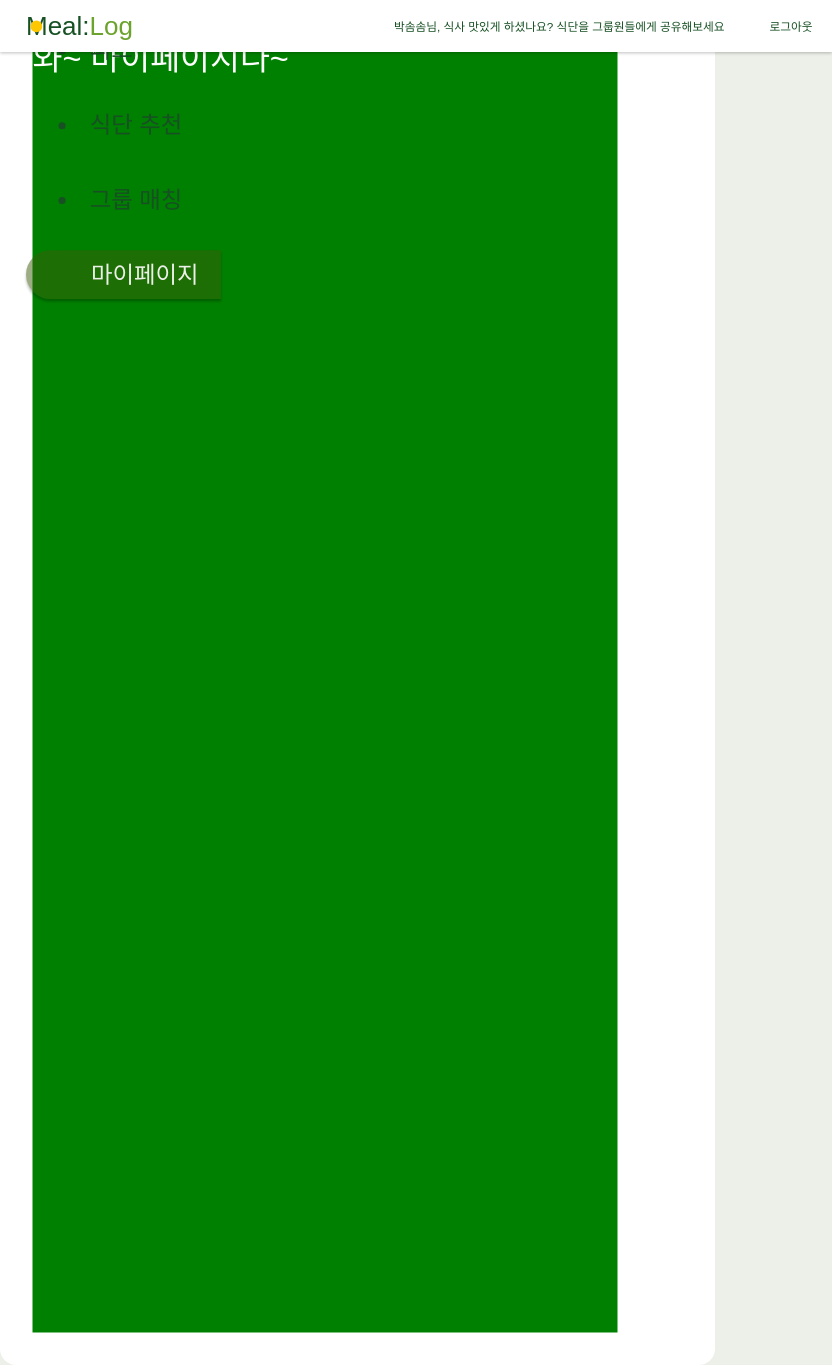
Repository: mealLog-databaseProgramming/MealLog
Page: http://localhost/meal-log/
The author's editor kept a copy of each file at every save. The page is drawn from the files as they stood at one save, then again after the next save.
The browser window is 1280 px wide. The pictures show the whole page, at 65% of full size.
Some icons come from a web library that is not loaded, so they are not drawn. Some web fonts or font styles are not loaded; a fallback is used. The page is served by Tomcat 9.

Above is the page before, as saved 2022-09-29 16:31:07.

### meal-log/src/main/webapp/index.jsp
<%@ page language="java" contentType="text/html; charset=UTF-8"
    pageEncoding="UTF-8"%>
<!DOCTYPE html>
<html>
<head>
<meta charset="UTF-8">
<title>meal:log</title>
<link rel="stylesheet" href="resources/css/index.css"/>
	<script src="https://code.iconify.design/iconify-icon/1.0.0/iconify-icon.min.js"></script>
	<link rel="apple-touch-icon" sizes="57x57" href="resources/favicon/apple-icon-57x57.png">
	<link rel="apple-touch-icon" sizes="60x60" href="resources/favicon//apple-icon-60x60.png">
	<link rel="apple-touch-icon" sizes="72x72" href="resources/favicon//apple-icon-72x72.png">
	<link rel="apple-touch-icon" sizes="76x76" href="resources/favicon//apple-icon-76x76.png">
	<link rel="apple-touch-icon" sizes="114x114" href="resources/favicon//apple-icon-114x114.png">
	<link rel="apple-touch-icon" sizes="120x120" href="resources/favicon//apple-icon-120x120.png">
	<link rel="apple-touch-icon" sizes="144x144" href="resources/favicon//apple-icon-144x144.png">
	<link rel="apple-touch-icon" sizes="152x152" href="resources/favicon//apple-icon-152x152.png">
	<link rel="apple-touch-icon" sizes="180x180" href="resources/favicon//apple-icon-180x180.png">
	<link rel="icon" type="image/png" sizes="192x192"  href="resources/favicon//android-icon-192x192.png">
	<link rel="icon" type="image/png" sizes="32x32" href="resources/favicon//favicon-32x32.png">
	<link rel="icon" type="image/png" sizes="96x96" href="resources/favicon//favicon-96x96.png">
	<link rel="icon" type="image/png" sizes="16x16" href="resources/favicon//favicon-16x16.png">
	<link rel="manifest" href="resources/favicon//manifest.json">
	<meta name="msapplication-TileColor" content="#ffffff">
	<meta name="msapplication-TileImage" content="resources/favicon//ms-icon-144x144.png">
	<meta name="theme-color" content="#ffffff">
</head>
<body>
	<div class='Header'>
		<div class='title'>
			<div class='yolk'></div>
			<iconify-icon icon="fluent:food-egg-24-regular"></iconify-icon>
			Meal:<span>Log</span>
		</div>
		<div class='greet'>
			<iconify-icon icon="healthicons:ui-user-profile"></iconify-icon>
			박솜솜님, 식사 맛있게 하셨나요? 식단을 그룹원들에게 공유해보세요
			<div class='logout'>
				<iconify-icon icon="icon-park:logout"></iconify-icon>
				로그아웃
			</div>
		</div>

	</div>
	<div class='Nav'>
		<ul>
			<li>피드</li>
			<li>식단 추천</li>
			<li>그룹 매칭</li>
			<li><span>마이페이지</span></li>
		</ul>
	</div>
	<div class='Content'>
		<jsp:include page="/WEB-INF/mypage/mypage.jsp"/> <!-- 알갱이 만든걸 여기 경로 넣어서 적용 -->
	</div>
</body>
</html>

### meal-log/src/main/webapp/WEB-INF/mypage/mypage.jsp
<%@ page language="java" contentType="text/html; charset=UTF-8"
    pageEncoding="UTF-8"%>

<style>
	.wrap {
		width: 900px;  /* 고정 */

		/* 디버그 */
		height: 2000px;
		background: green;

		color: white; font-size: 50px;
	}
</style>

<div class="wrap">
	와~ 마이페이지다~
</div>

### meal-log/src/main/webapp/resources/css/index.css
@charset "UTF-8";
@import url('https://fonts.googleapis.com/css2?family=Jua&family=Nanum+Gothic:wght@400;700;800&display=swap');

* {
	font-family: 'Nanum Gothic', sans-serif;
	font-weight: 400;

	padding: 0;
	margin: 0;
}
body {
	-webkit-user-select:none;
	-moz-user-select:none;
	-ms-user-select:none;
	user-select:none;

	overflow-x: hidden;

	background: #ECF0E8;
}

.Header {
	width: 100vw; height: 80px;

	background: #FFFFFF;
	box-shadow: 0px 2px 5px rgba(0, 0, 0, 0.25);

	font-size: 18px;
	color: #175023;

	display: flex;
	align-items: center;
	justify-content: space-between;

	z-index: 10;

	position: fixed;
}
.Header>div, .Header .logout {
	display: flex;
	align-items: center;
}
.Header>div:first-child{ margin-left: 30px; }
.Header>div:last-child{ margin-right: 30px; }

.Header iconify-icon {
	margin-right: 10px;
}

.Header .title, .Header .title span {
	font-family: 'Jua', sans-serif;
	font-size: 40px;
	color: #175023;
}
.Header .title span {
	color: #6BA32D;
}
.Header .title iconify-icon {
	font-size: 50px;
	z-index: 2;
}
.Header .title .yolk{
	width: 18px; height:18px;

	background: #FFC700;
	border-radius: 50%;

	position: absolute;
	transform: translate(17px, 0.7px);
}


.Header .greet {
	margin-right: 5vw;
}
.Header .greet iconify-icon {
	font-size: 40px;
}
.Header .logout {
	margin-left: 5vw;
}
.Header .logout iconify-icon {
	font-size: 25px;
	margin-right: 5px;
}
.Header .logout:hover {
	font-weight: 700;
}

@media screen and (max-width: 1000px) {
	.Header .greet {
		color: #FFFFFF;
		font-size: 0px;
	}
	.Header .logout {
		color: #175023;
		font-size: 18px;
	}
	.Header > div {
		margin-left: 3vw; margin-right: 5vw;
	}
}


.Nav {
	list-style: inside;

	font-size: 36px;
	color: #175023;

	position: fixed;
}
 .Nav li span {
 	font-family: 'Jua', sans-serif;
 }
.Nav li{
	font-family: 'Jua', sans-serif;
	padding-left: 50px;
	line-height: 75px;

	margin: 40px;
	margin-right: 0px;
}

.Nav li:last-child {
	list-style: none;
	padding-left: 100px;

	color: #ECF0E8;

	background: rgba(59, 92, 10, 0.5);
	box-shadow: 0px 4px 4px 0px #00000040;
	width: 200px; height: 75px;

	border-top-left-radius: 50px;
	border-bottom-left-radius: 50px;
}

.Content {
	width: 1000px;
	padding: 50px;

	background: #FFFFFF;
	border-radius: 25px;
}

After the next save:
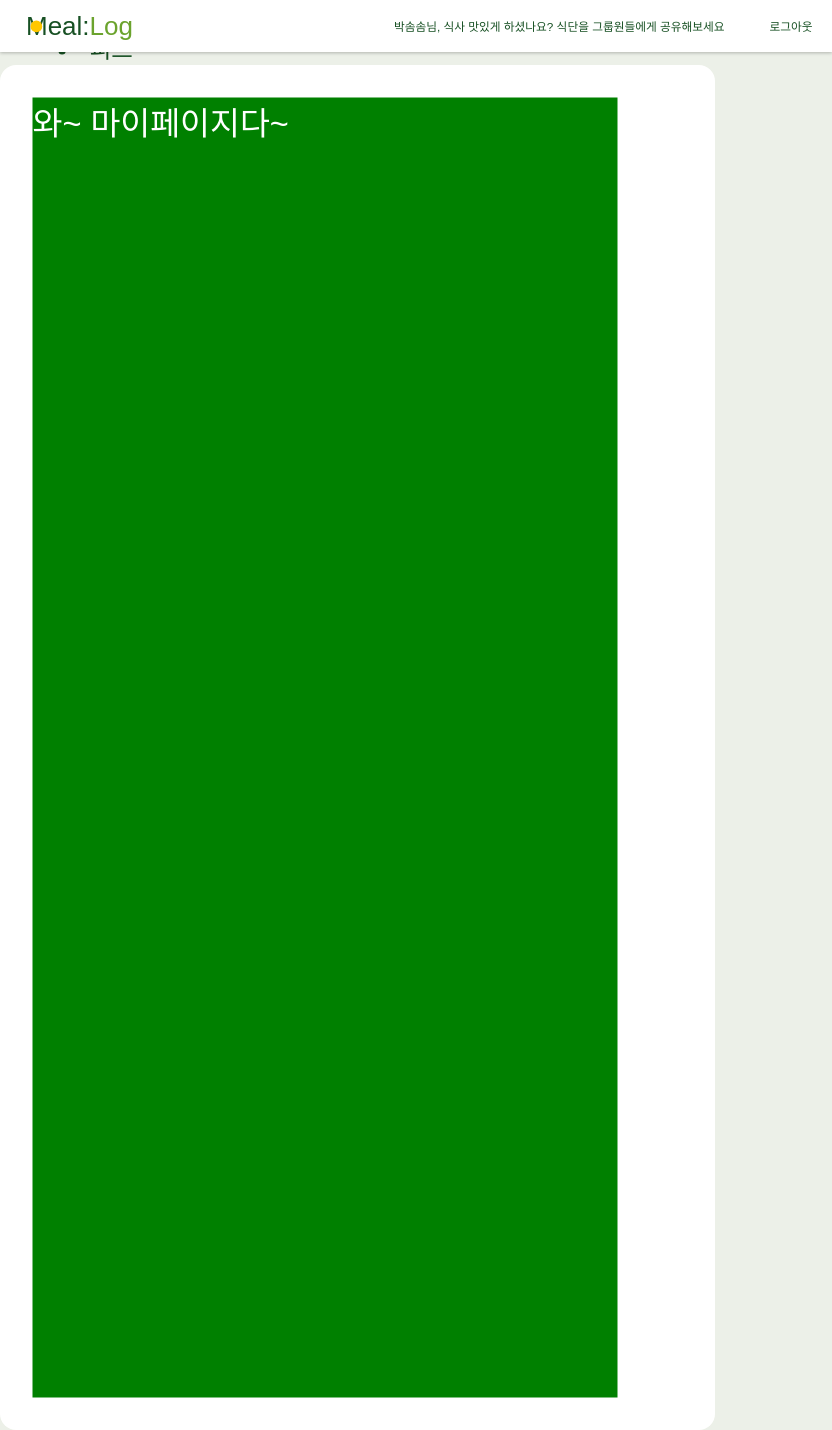
Saved 68 s later.
--- a/meal-log/src/main/webapp/resources/css/index.css
+++ b/meal-log/src/main/webapp/resources/css/index.css
@@ -142,4 +142,6 @@ body {
 
 	background: #FFFFFF;
 	border-radius: 25px;
+
+	transform: translate(0, 100px);
 }
